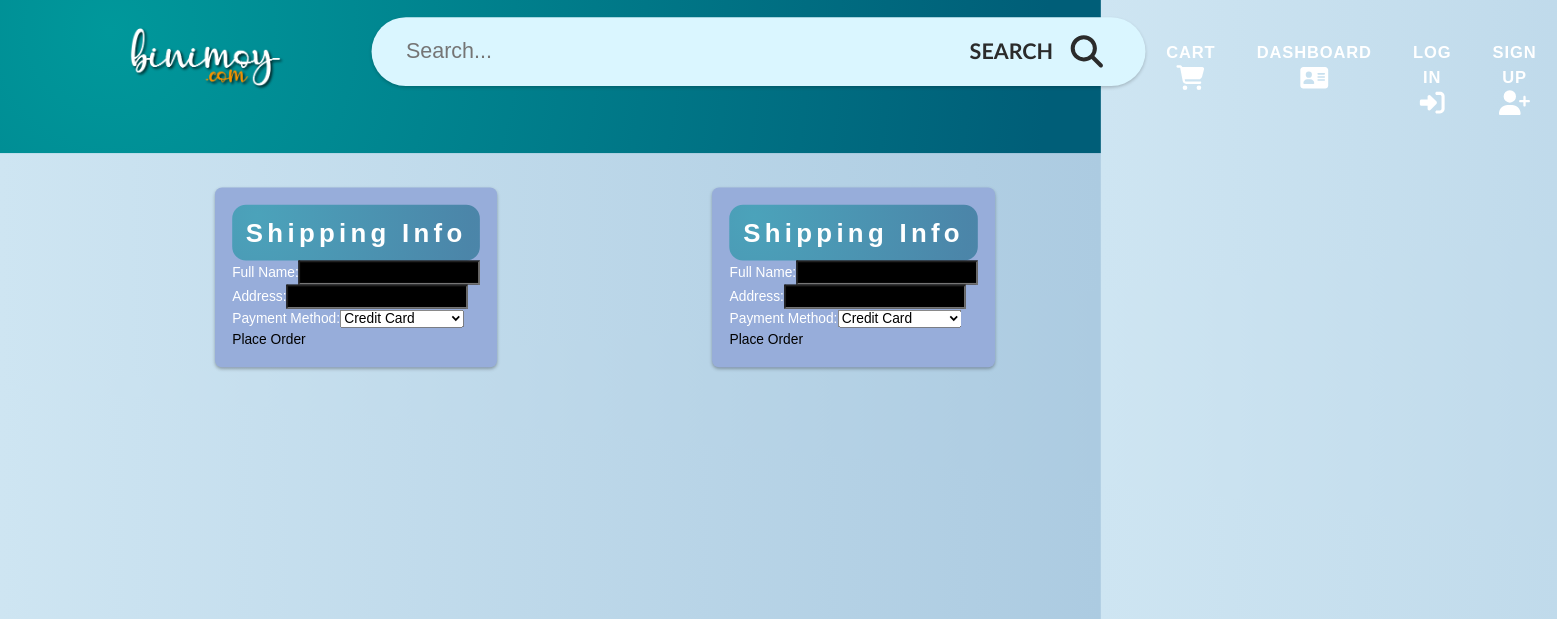
Repository: Shadman2024/2_1_DatabaseProject
Page: /checkout (app in frontend/)
The author's editor kept a copy of each file at every save. The page is drawn from the files as they stood at one save, then again after the next save.
The browser window is 1280 px wide. The page is 1811 px wide, so the pictures cover 1811 px, including what lies to the right of the window. The pictures show the whole page, at 86% of full size.
Some web libraries are served in a nearby version. The project was rebuilt for these pictures with package versions that can differ from the ones it lists, and the page was loaded fresh each time. Also part of the build but not shown: frontend/src/App.css, frontend/src/signUp/signup.js, frontend/src/logIn/login.js, frontend/src/Home/home.module.css, frontend/src/Home/hero.js, frontend/src/Home/hero2.js, frontend/src/Home/hero3.js, frontend/src/Home/smallcategory.module.css and 31 more.

Above is the page before, as saved 2024-03-08 13:48:03.

After the next save:
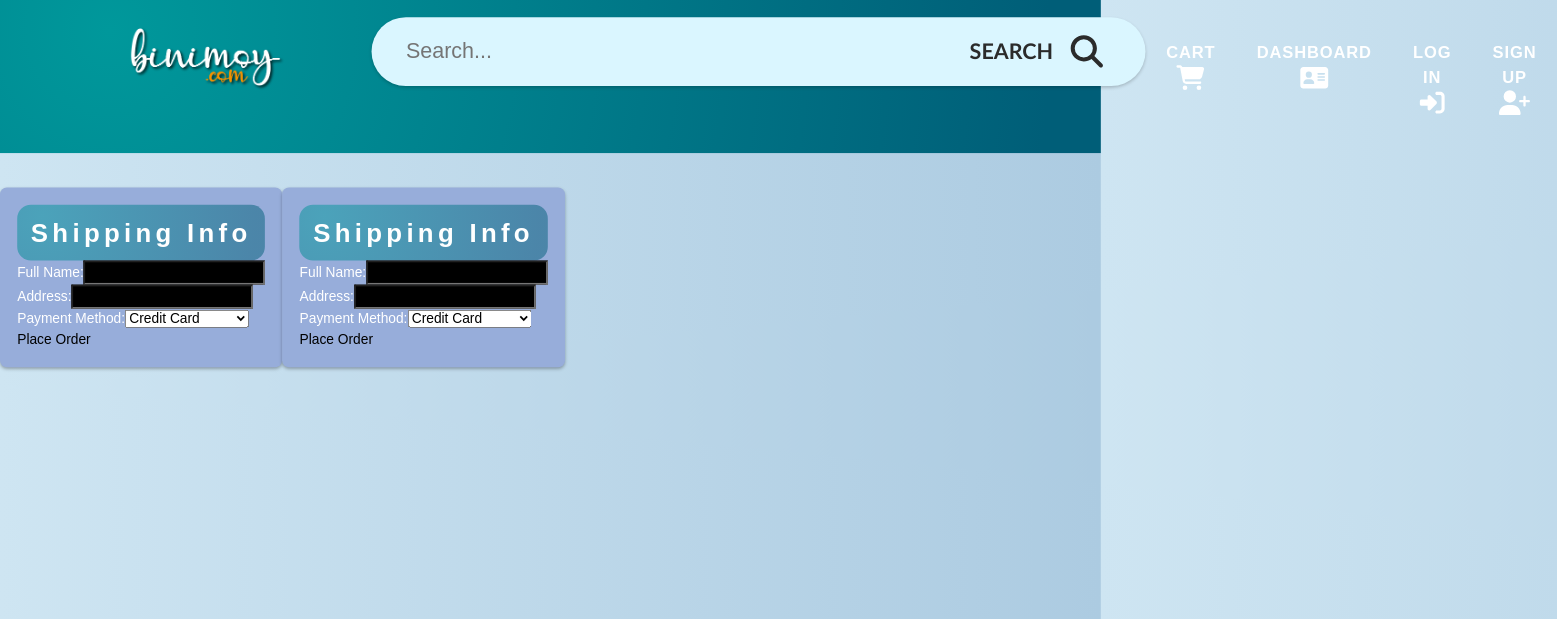
Saved 5 s later.
--- a/frontend/src/checkout/checkout.module.css
+++ b/frontend/src/checkout/checkout.module.css
@@ -8,7 +8,7 @@
     /* box-shadow: 0 2px 4px rgba(0,0,0,0.1); */
     /* margin-left: 250px; */
     /* margin-right: 250px; */
-    margin-left: 250px;
+    /* margin-left: 250px; */
     margin-top: 40px;
     /* margin-right: 250px; */
     padding: 20px;
